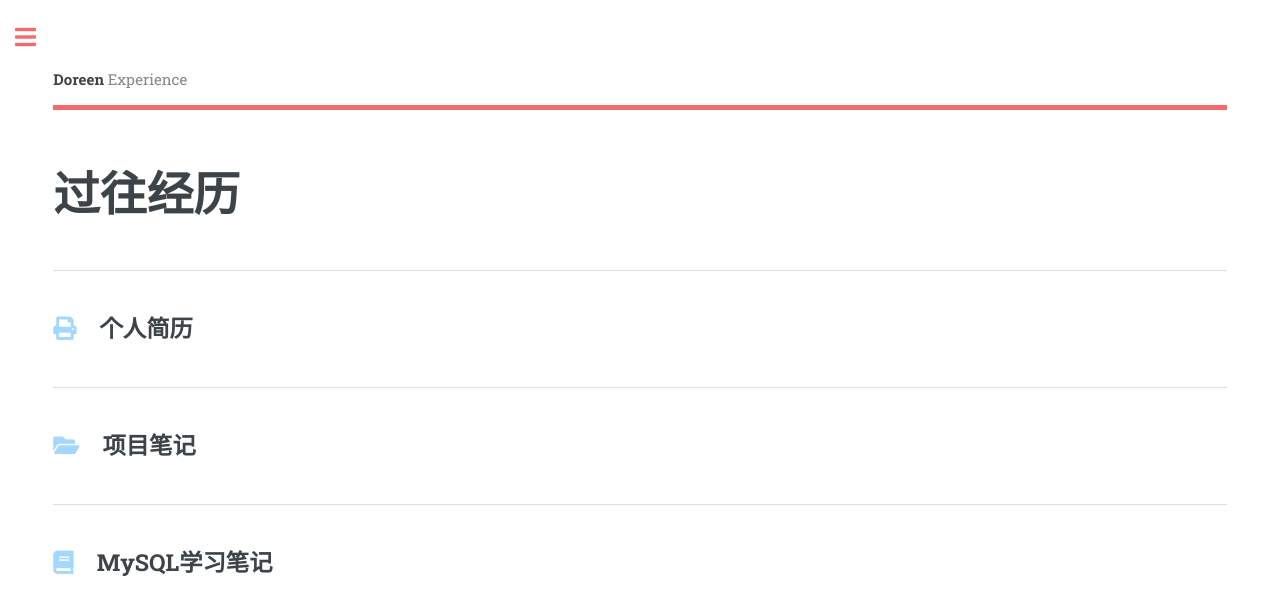
Repository: Hpz3859/Hpz3859.github.io
Page: experience.html
An editor plug-in stored every save of this project. The page is shown before and after the next save, followed by the edit.
The browser window is 1280 px wide. The pictures show the whole page.

Above is the page before, as saved 2025-03-19 15:01:23.

After the next save:
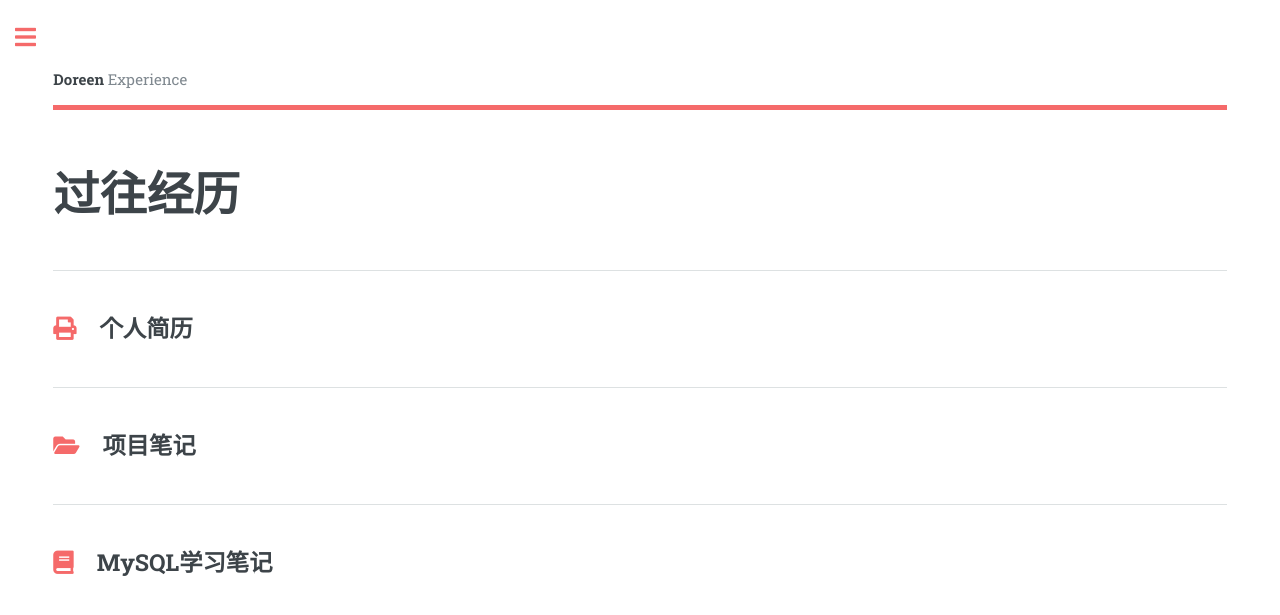
Saved 34 s later.
--- a/experience.html
+++ b/experience.html
@@ -44,7 +44,7 @@
 
 										<div class="content">
 											<h2>
-												<span class="icon solid fa-print" style="color: #a2d7ff;"></span>
+												<span class="icon solid fa-print" style="color: #f56a6a;"></span>
 												&nbsp;&nbsp;
 												<a href="resume.html" class="logo">个人简历</a>
 											</h2>
@@ -55,7 +55,7 @@
 
 										<div class="content">
 											<h2>
-												<span class="icon solid fa-folder-open" style="color: #a2d7ff;"></span>
+												<span class="icon solid fa-folder-open" style="color: #f56a6a;"></span>
 												&nbsp;&nbsp;
 												<a href="#" class="logo">项目笔记</a>
 											</h2>
@@ -65,7 +65,7 @@
 
 										<div class="content">
 											<h2>
-												<span class="icon solid fa-book" style="color: #a2d7ff;"></span>
+												<span class="icon solid fa-book" style="color: #f56a6a;"></span>
 												&nbsp;&nbsp;
 												<a href="mysql.html" class="logo">MySQL学习笔记</a>
 											</h2>
